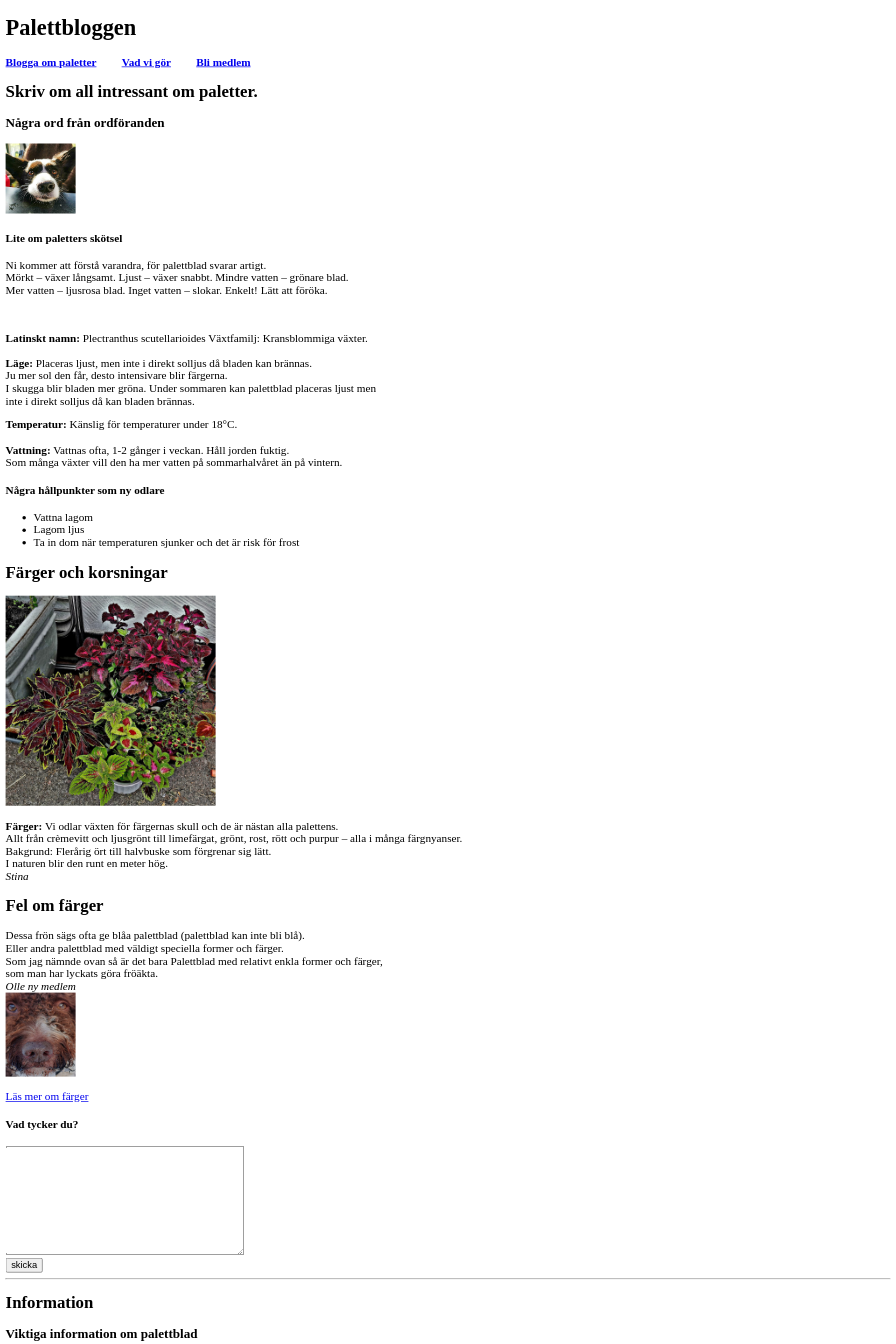
Repository: Webutveckling-20-21/Uppgift-1
Page: blogg.html
These files come from the project's save history. The page is drawn as it stood at one moment and after the next save; the edit follows.
The browser window is 1280 px wide. The pictures show the part of the page from y = 0 to 1920 px (the page is 3424 px tall before and 3326 px after), at 70% of full size.
Pictures or frames that could not be fetched are drawn as grey boxes.

Above is the page before, as saved 2021-09-08 11:05:15.

After the next save:
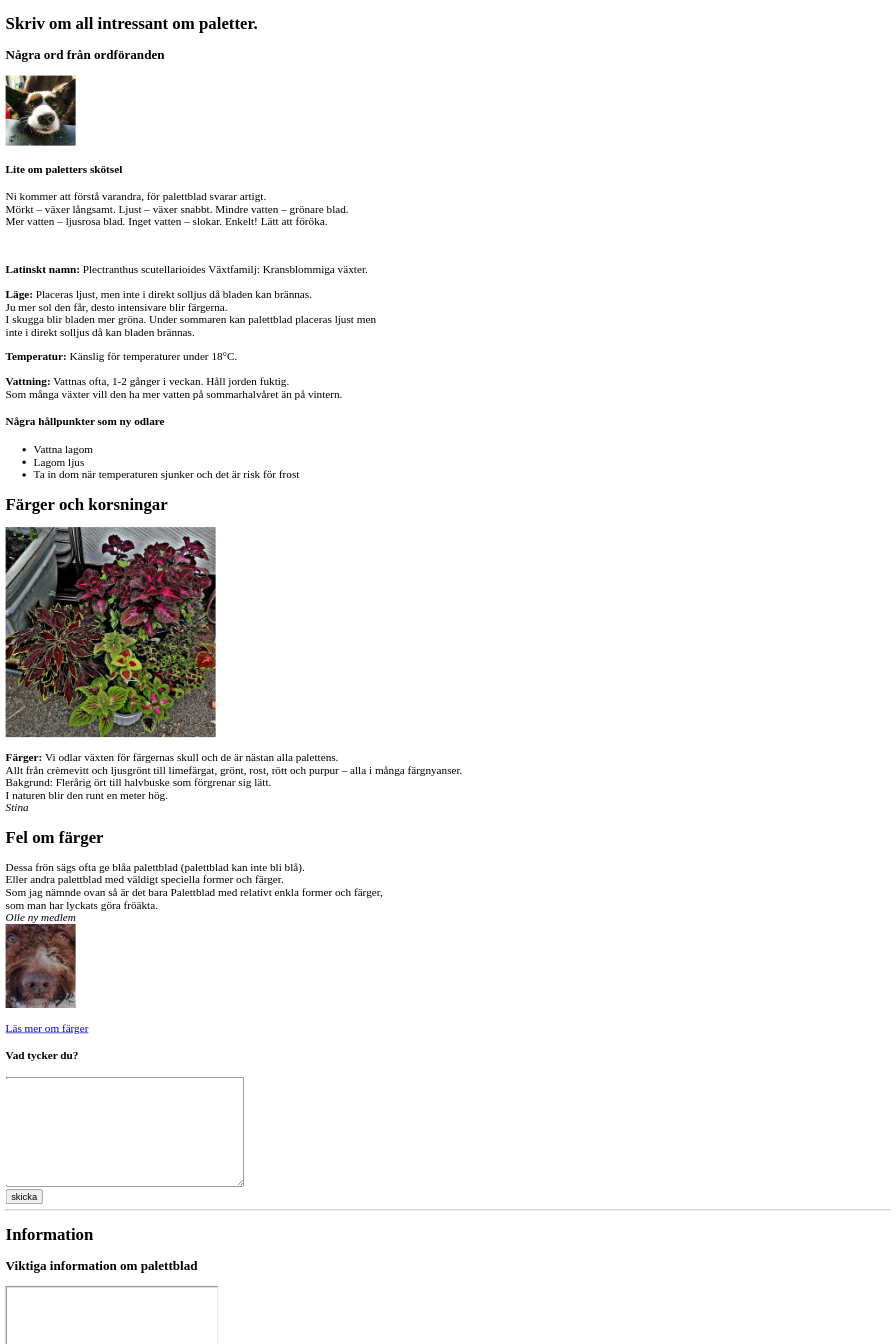
Saved 84 s later.
--- a/blogg.html
+++ b/blogg.html
@@ -9,11 +9,6 @@
 
 <body>
     <header>
-        <h1>Palettbloggen</h1>
-        <!-- Här läggs alla länkar in-->
-        <a href="blogg.html"><b> Blogga om paletter</b></a>&nbsp;&nbsp;&nbsp;&nbsp;&nbsp;&nbsp;&nbsp;&nbsp;
-        <a href="verksamheten.html"><b> Vad vi gör</b></a>&nbsp;&nbsp;&nbsp;&nbsp;&nbsp;&nbsp;&nbsp;&nbsp;
-        <a href="medlemskap.html"><b>Bli medlem</b></a>
 
     </header>
     <main>
